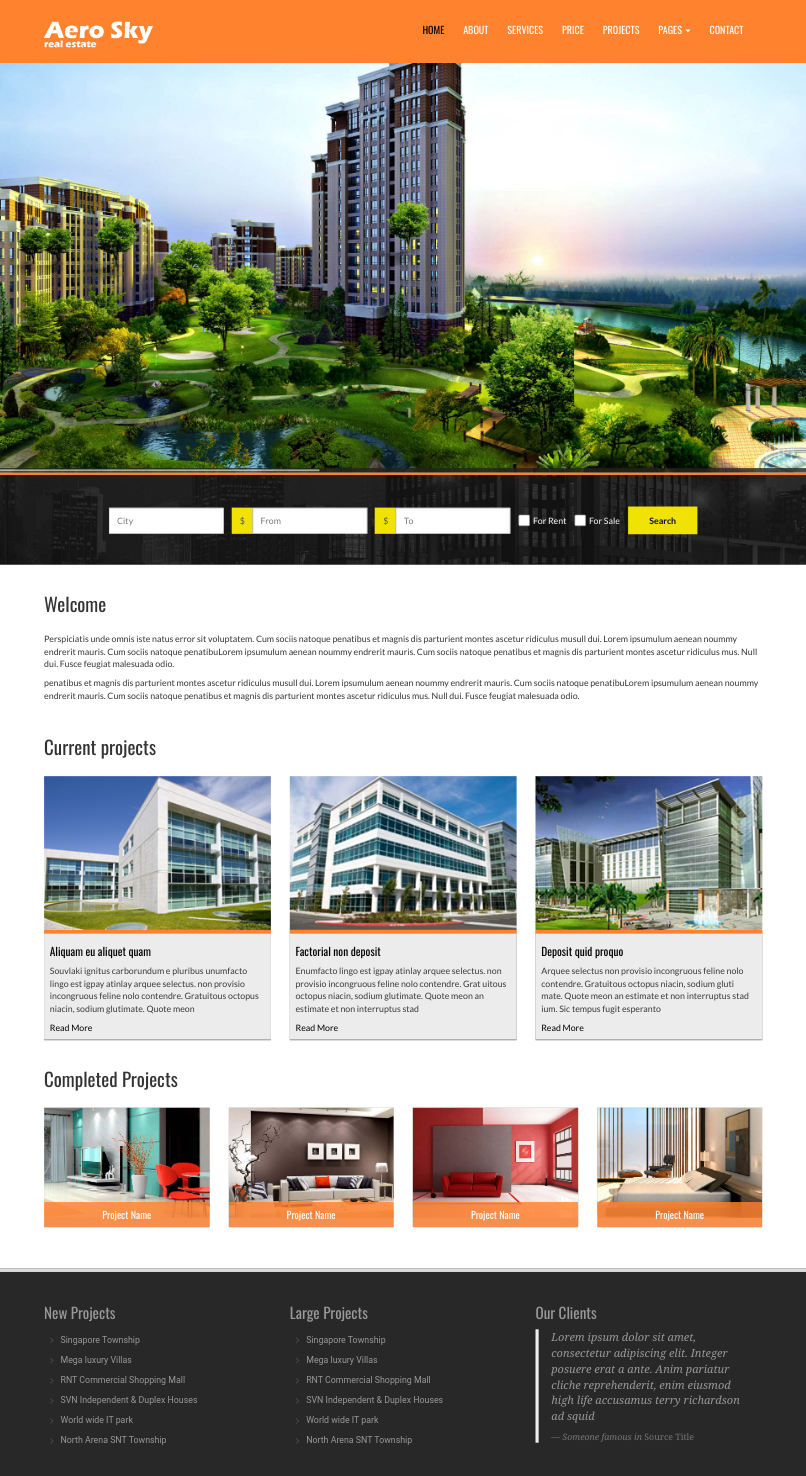
Repository: james19999/gestion
Page: http://localhost/
The author's editor kept a copy of each file at every save. The page is drawn from the files as they stood at one save, then again after the next save.
The browser window is 1280 px wide. The pictures show the whole page, at 63% of full size.
The page is served by the project's Laravel application, run on PHP 8.4 with Laravel 8. Other server files are loaded and not shown.

Above is the page before, as saved 2021-11-02 16:02:18.

### routes/web.php
<?php

use Illuminate\Support\Facades\Route;

/*
|--------------------------------------------------------------------------
| Web Routes
|--------------------------------------------------------------------------
|
| Here is where you can register web routes for your application. These
| routes are loaded by the RouteServiceProvider within a group which
| contains the "web" middleware group. Now create something great!
|
*/

Route::get('/', function () {
    return view('welcome');
});


Route::get('/toto', function () {
    return 'Hello World';
});
Route::get('/produits', function () {
     return view('produit/al');
});
// Route::get('/PTT', function () {
//     return view('produit/ab');

// });

Route::view('/PTT','produit.ab');

Route::view('/contact','AN.contact')->name('contact');
Route::view('/a_propos','AN.a_propos')->name('a_propos');

### resources/views/welcome.blade.php
<!DOCTYPE html>
<html lang="en">
<head>
	<meta charset="utf-8">
	<meta name="viewport" content="width=device-width, initial-scale=1.0">
	<meta name="description" content="Real Estate Builders Free Responsive Website Templates - icon">
	<meta name="author" content="webThemez.com">
	<title>Real Estate Builders Free Responsive Website - icon</title>
	<link rel="favicon" href="assets/images/favicon.png">
	<link rel="stylesheet" media="screen" href="http://fonts.googleapis.com/css?family=Open+Sans:300,400,700">
	<link rel="stylesheet" href="{{ asset('assets/css/bootstrap.min.css') }}">
	<link rel="stylesheet" href="{{ asset('assets/css/font-awesome.min.css') }}">
	<link rel="stylesheet" href="{{ asset('assets/css/bootstrap-theme.css') }}" media="screen">
	<link rel="stylesheet" href="{{ asset('assets/css/style.css') }}">
    <link rel='stylesheet' id='camera-css'  href='{{ asset('assets/css/camera.css') }}' type='text/css' media='all'>
	<!-- HTML5 shim and Respond.js IE8 support of HTML5 elements and media queries -->
	<!--[if lt IE 9]>
	<script src="assets/js/html5shiv.js"></script>
	<script src="assets/js/respond.min.js"></script>
	<![endif]-->
</head>
<body>
	<!-- Fixed navbar -->


	<!-- /.navbar -->
      @include('partials.nav')
	<!-- Header -->
	<header id="head">
		<div class="container">
					<div class="fluid_container">
                    <div class="camera_wrap camera_emboss pattern_1" id="camera_wrap_4">
                        <div data-thumb="assets/images/slides/thumbs/slide1.jpg" data-src="assets/images/slides/slide1.jpg">
                        </div>
                        <div data-thumb="assets/images/slides/thumbs/slide2.jpg" data-src="assets/images/slides/slide2.jpg">
                        </div>
                        <div data-thumb="assets/images/slides/thumbs/slide3.jpg" data-src="assets/images/slides/slide3.jpg">
                        </div>
                    </div><!-- #camera_wrap_3 -->
                </div><!-- .fluid_container -->
		</div>
	</header>
	<!-- /Header -->
<section id="search">
<div class="search-panel">
                <form class="form-inline" role="form">
                    <div class="form-group">
                        <input type="text" class="form-control" id="city" placeholder="City" autocomplete="off">
                    </div>
                    <div class="form-group hidden-xs adv">
                        <div class="input-group">
                            <div class="input-group-addon">$</div>
                            <input class="form-control price" type="text" placeholder="From">
                        </div>
                    </div>
                    <div class="form-group hidden-xs adv">
                        <div class="input-group">
                            <div class="input-group-addon">$</div>
                            <input class="form-control price" type="text" placeholder="To">
                        </div>
                    </div>
                    <div class="form-group hidden-xs adv">
                        <div class="checkbox custom-checkbox"><label><input type="checkbox"><span class="fa fa-check"></span> For Rent</label></div>
                    </div>
                    <div class="form-group hidden-xs adv">
                        <div class="checkbox custom-checkbox"><label><input type="checkbox"><span class="fa fa-check"></span> For Sale</label></div>
                    </div>
                    <div class="form-group">
                        <a href="" class="btn btnsearch">Search</a>
                    </div>
                </form>
            </div>
</section>
      <section class="secpadding">
	  <div class="container">
      <div class="row">
      	<div class="col-md-12"><div class="title-box clearfix "><h2 class="title-box_primary">Welcome</h2></div>
        <p>Perspiciatis unde omnis iste natus error sit voluptatem. Cum sociis natoque penatibus et magnis dis parturient montes ascetur ridiculus musull dui. Lorem ipsumulum aenean noummy endrerit mauris. Cum sociis natoque penatibuLorem ipsumulum aenean noummy endrerit mauris. Cum sociis natoque penatibus et magnis dis parturient montes ascetur ridiculus mus. Null dui. Fusce feugiat malesuada odio.</p>
		<p>penatibus et magnis dis parturient montes ascetur ridiculus musull dui. Lorem ipsumulum aenean noummy endrerit mauris. Cum sociis natoque penatibuLorem ipsumulum aenean noummy endrerit mauris. Cum sociis natoque penatibus et magnis dis parturient montes ascetur ridiculus mus. Null dui. Fusce feugiat malesuada odio.</p> </div>
        </div>
		</div>
		</section>
      <section class="news-box">
        <div class="container">
            <h2><span>Current projects</span></h2>
            <div class="row">

                    <div class="col-md-4 col-sm-6 col-xs-12">
                        <div class="thumbnail thumbnail4">
                            <img src="assets/images/news2.jpg" alt="">

                            <div class="caption">
                                <h4>
                                    <a href="#">
                                        Aliquam eu aliquet quam
                                    </a>
                                </h4>

                                <p>
                                    Souvlaki ignitus carborundum e pluribus unumfacto lingo est igpay atinlay arquee
                                    selectus. non provisio incongruous feline nolo contendre. Gratuitous octopus niacin,
                                    sodium glutimate. Quote meon
                                </p>
                                <a href="#" data-title="Read More" class="btn-link"><span>Read More</span></a>
                            </div>
                        </div>
                    </div>
                    <div class="col-md-4 col-sm-6 col-xs-12">
                        <div class="thumbnail thumbnail4">
                            <img src="assets/images/news3.jpg" alt="">

                            <div class="caption">
                                <h4>
                                    <a href="#">
                                        Factorial non deposit
                                    </a>
                                </h4>

                                <p>
                                    Enumfacto lingo est igpay atinlay arquee selectus.
                                    non provisio incongruous feline nolo contendre. Grat uitous octopus niacin, sodium
                                    glutimate. Quote meon an estimate et non interruptus stad
                                </p>
                                <a href="#" data-title="Read More" class="btn-link"><span>Read More</span></a>
                            </div>
                        </div>
                    </div>
                    <div class="col-md-4 col-sm-6 col-xs-12">
                        <div class="thumbnail thumbnail4">
                            <img src="assets/images/news4.jpg" alt="">

                            <div class="caption">
                                <h4>
                                    <a href="#">
                                        Deposit quid proquo
                                    </a>
                                </h4>

                                <p>
                                    Arquee selectus non provisio incongruous feline nolo contendre. Gratuitous octopus
                                    niacin, sodium gluti mate. Quote meon an estimate et non interruptus stad ium. Sic
                                    tempus fugit esperanto
                                </p>
                                <a href="#" data-title="Read More" class="btn-link"><span>Read More</span></a>
                            </div>
                        </div>
                    </div>

                </div>
        </div>
    </section>

  <section id="packages" class="secpadding">
        <div class="container">
             <h2><span>Completed Projects</span></h2>

        	 <div class="row">
                <div class="col-md-3 col-sm-6">
                            <div class="cuadro_intro_hover " style="background-color:#cccccc;">
                                <p style="text-align:center;">
                                    <img src="assets/images/pic/pic-5.jpg" class="img-responsive" alt="">
                                </p>
                                <div class="caption">
                                    <div class="blur"></div>
                                    <div class="caption-text">
                                        <h3>Project Name</h3>
                                        <a class=" btn btn-default" href="#">$4600</i></a>
                                    </div>
                                </div>
                            </div>

                </div>
                <div class="col-md-3  col-sm-6">
                            <div class="cuadro_intro_hover " style="background-color:#cccccc;">
                                <p style="text-align:center;">
                                    <img src="assets/images/pic/pic-6.jpg" class="img-responsive" alt="">
                                </p>
                                <div class="caption">
                                    <div class="blur"></div>
                                    <div class="caption-text">
                                         <h3>Project Name</h3>
                                        <a class=" btn btn-default" href="#">$4600</i></a>
                                    </div>
                                </div>
                            </div>

                </div>
                <div class="col-md-3  col-sm-6">
                            <div class="cuadro_intro_hover " style="background-color:#cccccc;">
                                <p style="text-align:center;">
                                    <img src="assets/images/pic/pic-7.jpg" class="img-responsive" alt="">
                                </p>
                                <div class="caption">
                                    <div class="blur"></div>
                                    <div class="caption-text">
                                         <h3>Project Name</h3>
                                        <a class=" btn btn-default" href="#">$4600</i></a>
                                    </div>
                                </div>
                            </div>

                </div>
                <div class="col-md-3  col-sm-6">
                            <div class="cuadro_intro_hover " style="background-color:#cccccc;">
                                <p style="text-align:center;">
                                    <img src="assets/images/pic/pic-8.jpg" class="img-responsive" alt="">
                                </p>
                                <div class="caption">
                                    <div class="blur"></div>
                                    <div class="caption-text">
                                         <h3>Project Name</h3>
                                        <a class=" btn btn-default" href="#">$4600</i></a>
                                    </div>
                                </div>
                            </div>

                </div>
            </div>
         </div>
    </section>

      <section class="btm-section secpadding">
	  <div class="container">
      <div class="row">
      	    <div class="col-md-4"><div class="title-box clearfix "><h3 class="title-box_primary">New Projects</h3></div>
            <div class="list styled custom-list">
            <ul>
            <li><a title="Snatoque penatibus et magnis dis partu rient montes ascetur ridiculus mus." href="#">Singapore Township</a></li>
            <li><a title="Fusce feugiat malesuada odio. Morbi nunc odio gravida at cursus nec luctus." href="#">Mega luxury Villas</a></li>
            <li><a title="Penatibus et magnis dis parturient montes ascetur ridiculus mus." href="#">RNT Commercial Shopping Mall</a></li>
            <li><a title="Morbi nunc odio gravida at cursus nec luctus a lorem. Maecenas tristique orci." href="#">SVN Independent & Duplex Houses</a></li>
            <li><a title="Snatoque penatibus et magnis dis partu rient montes ascetur ridiculus mus." href="#">World wide IT park</a></li>
            <li><a title="Fusce feugiat malesuada odio. Morbi nunc odio gravida at cursus nec luctus." href="#">North Arena SNT Township</a></li>
            </ul>
            </div>
         </div>

        <div class="col-md-4"><div class="title-box clearfix "><h3 class="title-box_primary">Large Projects</h3></div>
            <div class="list styled custom-list">
            <ul>
            <li><a title="Snatoque penatibus et magnis dis partu rient montes ascetur ridiculus mus." href="#">Singapore Township</a></li>
            <li><a title="Fusce feugiat malesuada odio. Morbi nunc odio gravida at cursus nec luctus." href="#">Mega luxury Villas</a></li>
            <li><a title="Penatibus et magnis dis parturient montes ascetur ridiculus mus." href="#">RNT Commercial Shopping Mall</a></li>
            <li><a title="Morbi nunc odio gravida at cursus nec luctus a lorem. Maecenas tristique orci." href="#">SVN Independent & Duplex Houses</a></li>
            <li><a title="Snatoque penatibus et magnis dis partu rient montes ascetur ridiculus mus." href="#">World wide IT park</a></li>
            <li><a title="Fusce feugiat malesuada odio. Morbi nunc odio gravida at cursus nec luctus." href="#">North Arena SNT Township</a></li>
            </ul>
            </div>
         </div>
         <div class="col-md-4"><div class="title-box clearfix "><h3 class="title-box_primary">Our Clients</h3></div>
            <blockquote class="blockquote-1">
					<p>Lorem ipsum dolor sit amet, consectetur adipiscing elit. Integer posuere erat a ante. Anim pariatur cliche reprehenderit, enim eiusmod high life accusamus terry richardson ad squid</p>
					<small>Someone famous in <cite title="Source Title">Source Title</cite></small>
				</blockquote></div>

      </div></div>
      </section>

{{--
    <footer id="footer">

		<div class="footer2">
			<div class="container">
				<div class="row">

					<div class="col-md-6 panel">
						<div class="panel-body">
							<p class="simplenav">
								<a href="index.html">Home</a> |
								<a href="about.html">About</a> |
								<a href="services.html">Services</a> |
								<a href="price.html">Price</a> |
								<a href="projects.html">Projects</a> |
								<a href="contact.html">Contact</a>
							</p>
						</div>
					</div>

					<div class="col-md-6 panel">
						<div class="panel-body">
							<p class="text-right">
								Copyright &copy; 2015. Template by <a href="http://webthemez.com/" rel="develop">WebThemez.com</a>
							</p>
						</div>
					</div>

				</div>
				<!-- /row of panels -->
			</div>
		</div>
	</footer> --}}

	<!-- JavaScript libs are placed at the end of the document so the pages load faster -->
	<script src="assets/js/modernizr-latest.js"></script>
	<script type='text/javascript' src='{{ asset('assets/js/jquery.min.js') }}'></script>
    <script type='text/javascript' src='{{ asset('assets/js/fancybox/jquery.fancybox.pack.js') }}'></script>

    <script type='text/javascript' src='assets/js/jquery.mobile.customized.min.js'></script>
    <script type='text/javascript' src='assets/js/jquery.easing.1.3.js'></script>
    <script type='text/javascript' src='assets/js/camera.min.js'></script>
    <script src="assets/js/bootstrap.min.js"></script>
	<script src="assets/js/custom.js"></script>
    <script>
		jQuery(function(){

			jQuery('#camera_wrap_4').camera({
				height: '750',
				loader: 'bar',
				pagination: false,
				thumbnails: false,
				hover: false,
				opacityOnGrid: false,
				imagePath: 'assets/images/'
			});

		});
	</script>

</body>
</html>

### resources/views/partials/nav.blade.php
<div class="navbar navbar-inverse">
    <div class="container">
        <div class="navbar-header">
            <!-- Button for smallest screens -->
            <button type="button" class="navbar-toggle" data-toggle="collapse" data-target=".navbar-collapse"><span class="icon-bar"></span><span class="icon-bar"></span><span class="icon-bar"></span></button>
            <a class="navbar-brand" href="index.html">
                <img src="{{ asset('assets/images/logo.png') }}" alt="Techro HTML5 template"></a>
        </div>
        <div class="navbar-collapse collapse">
            <ul class="nav navbar-nav pull-right mainNav">
                <li class="active"><a href="index.html">Home</a></li>
                <li><a href="about.html">About</a></li>
                <li><a href="services.html">Services</a></li>
                <li><a href="price.html">Price</a></li>
                <li><a href="projects.html">Projects</a></li>
                <li class="dropdown">
                    <a href="#" class="dropdown-toggle" data-toggle="dropdown">Pages <b class="caret"></b></a>
                    <ul class="dropdown-menu">
                        <li><a href="sidebar-right.html">Right Sidebar</a></li>
                        <li><a href="#">Dummy Link1</a></li>
                        <li><a href="#">Dummy Link2</a></li>
                        <li><a href="#">Dummy Link3</a></li>
                    </ul>
                </li>
                <li><a href="contact.html">Contact</a></li>

            </ul>
        </div>
        <!--/.nav-collapse -->
    </div>
</div>

Loaded but not shown: public/assets/css/bootstrap.min.css (library); public/assets/css/font-awesome.min.css (library); public/assets/css/bootstrap-theme.css (library); public/assets/js/modernizr-latest.js (library); public/assets/js/jquery.min.js (library); public/assets/js/fancybox/jquery.fancybox.pack.js (library); public/assets/js/jquery.mobile.customized.min.js (library); public/assets/js/jquery.easing.1.3.js (library); public/assets/js/camera.min.js (library); public/assets/js/bootstrap.min.js (library); public/assets/js/custom.js (62 lines, source omitted); public/assets/css/camera.css (1068 lines, source omitted); public/assets/css/style.css (1083 lines, source omitted)

After the next save:
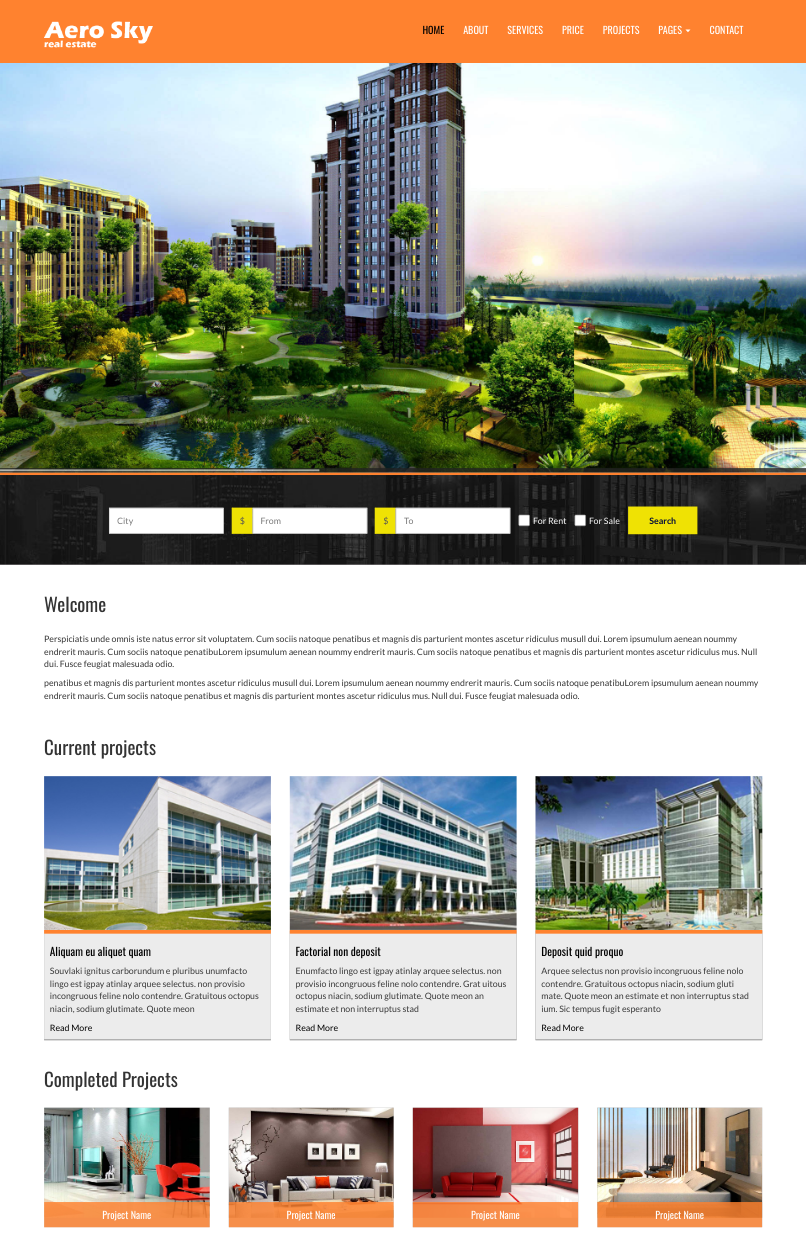
Saved 97 s later.
--- a/resources/views/welcome.blade.php
+++ b/resources/views/welcome.blade.php
@@ -218,7 +218,7 @@
             </div>
          </div>
     </section>
-
+{{--
       <section class="btm-section secpadding">
 	  <div class="container">
       <div class="row">
@@ -256,7 +256,7 @@
       </div></div>
       </section>
 
-{{--
+
     <footer id="footer">
 
 		<div class="footer2">
